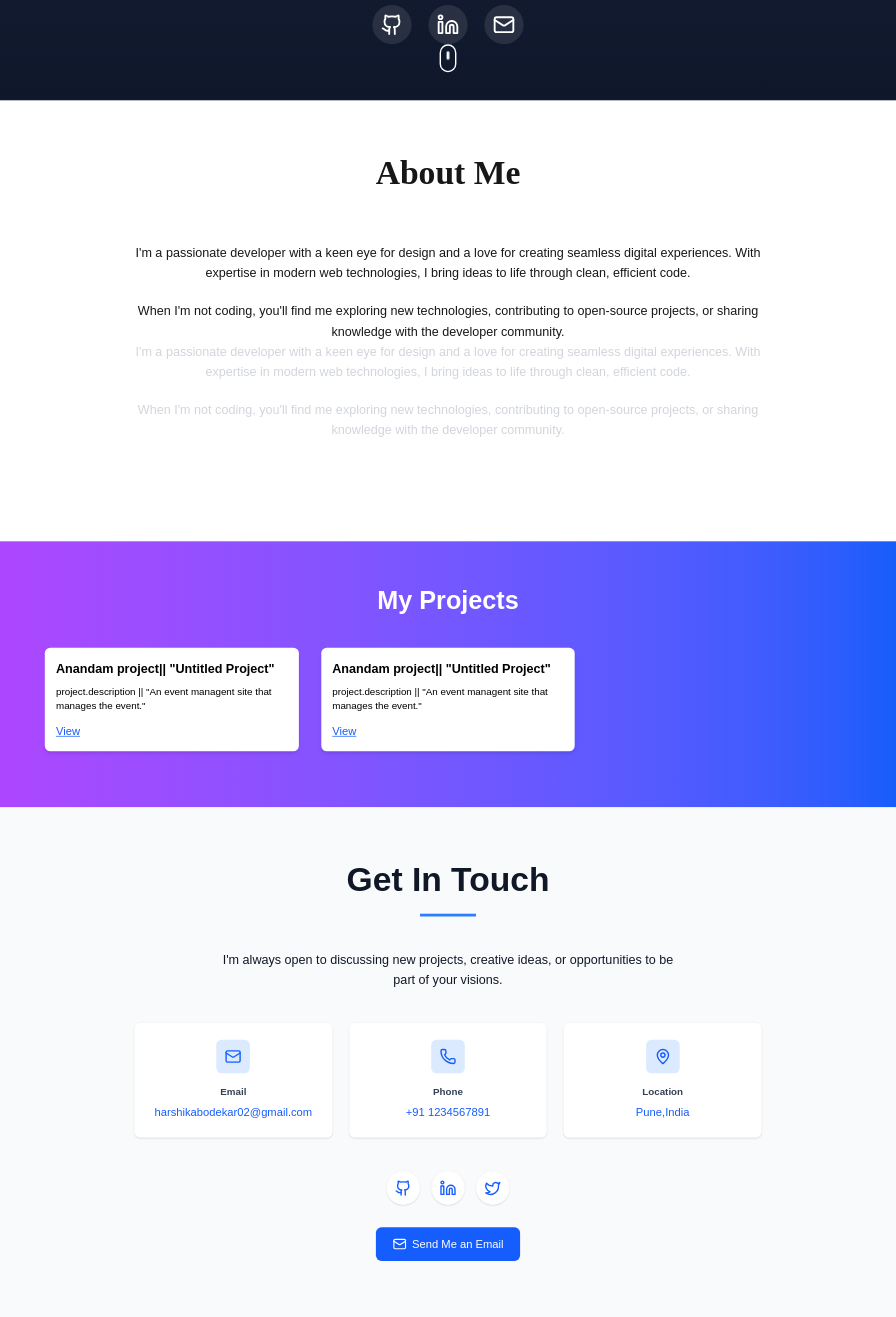
Repository: harshikabodekar/portfolio_awp
Page: /
An editor plug-in stored every save of this project. The page is shown before and after the next save, followed by the edit.
The browser window is 1280 px wide. The pictures show the part of the page from y = 706 to 2626 px (the page is 2587 px tall before and 2626 px after), at 70% of full size.
The project was rebuilt for these pictures with package versions that can differ from the ones it lists, and the page was loaded fresh each time. The framework's server and built-in components were replaced by stand-ins that run in the browser. Also part of the build but not shown: next.config.mjs.

Above is the page before, as saved 2025-10-15 20:20:28.

### src/app/layout.js
import "./globals.css";

export const metadata = {
  title: "AWP Portfolio",
  description: "Personal portfolio",
};

export default function RootLayout({ children }) {
  return (
    <html lang="en">
      <body className="antialiased">
        {children}
      </body>
    </html>
  );
}

### src/app/page.js
//import Image from "next/image";
import Navbar from "./components/Navbar";
import React from "react";
import Projects from "./components/Project";
import About from "./components/About";
import Contact from "./components/Contact";
import Hero from "./components/Hero";
import ProjectCard from "./components/ProjectCard";

export default function Home() {
  return (
    <div className="font-sans">
      <Navbar />
      <main className="w-full">
        <Hero />
        <About />
        <Projects />
        <Contact />
      </main>
    </div>
  );
}

### src/app/components/Navbar.js
import React from 'react';

const Navbar = () => {
  return (
    <nav className="bg-gray-900 text-white py-4 px-6 fixed w-full top-0 left-0 z-50 shadow-lg">
      <div className="container mx-auto flex justify-between items-center">
        <h1 className="text-4xl font-bold">My Portfolio</h1>
        <ul className="flex space-x-12 text-2xl">
          <li><a href="#home" className="hover:text-blue-400 transition-colors">Home</a></li>
          <li><a href="#about" className="hover:text-blue-400 transition-colors">About</a></li>
          <li><a href="#skills" className="hover:text-blue-400 transition-colors">Skills</a></li>
          <li><a href="#projects" className="hover:text-blue-400 transition-colors">Projects</a></li>
          <li><a href="#contact" className="hover:text-blue-400 transition-colors">Contact</a></li>
        </ul>
      </div>
    </nav>
  );
};

export default Navbar;

### src/app/components/Project.js
import React from 'react';
import ProjectCard from './ProjectCard';
import { projectsData } from '../data/projects';

const Projects = () => {
  return (
    <section id="projects" className="py-20 px-6 bg-gradient-to-r from-purple-500 to-blue-600 text-white pt-16">
      <div className="container mx-auto max-w-6xl">
        <h2 className="text-4xl font-bold text-center text-white mb-12">My Projects</h2>

        <div className="grid md:grid-cols-2 lg:grid-cols-3 gap-8">
          {projectsData.map((project) => (
            <ProjectCard key={project.id} project={project} />
          ))}
        </div>
      </div>
    </section>
  );
};

export default Projects;

### src/app/components/About.js
import React from 'react';

const About = () => {
  return (
    <section id="about" className="py-20 bg-gradient-subtle">
      <div className="container mx-auto px-4">
        <div className="max-w-4xl mx-auto">
          <h2 className="text-4xl md:text-5xl font-bold mb-6 text-center font-['Space_Grotesk']">
            About Me
          </h2>
          <div className="w-20 h-1 bg-gradient-accent mx-auto mb-12"></div>

          <div className="mb-16 text-center">
            <p className="text-lg text-muted-foreground leading-relaxed mb-6">
              I'm a passionate developer with a keen eye for design and a love for creating
              seamless digital experiences. With expertise in modern web technologies, I bring
              ideas to life through clean, efficient code.
            </p>
            <p className="text-lg text-muted-foreground leading-relaxed">
              When I'm not coding, you'll find me exploring new technologies, contributing to
              open-source projects, or sharing knowledge with the developer community.
            </p>

            <p className="text-lg text-gray-300 leading-relaxed mb-6">
              I'm a passionate developer with a keen eye for design and a love for creating
              seamless digital experiences. With expertise in modern web technologies, I bring
              ideas to life through clean, efficient code.
            </p>
            <p className="text-lg text-gray-300 leading-relaxed">
              When I'm not coding, you'll find me exploring new technologies, contributing to
              open-source projects, or sharing knowledge with the developer community.
            </p>
          </div>

          </div>
      </div>
    </section>
  );
};

export default About;

### src/app/components/Contact.js
"use client";
import { Mail, Phone, MapPin, Github, Linkedin, Twitter } from 'lucide-react';

const Contact = () => {
  const contactInfo = [
    { icon: Mail, label: 'Email', value: 'harshikabodekar02@gmail.com', href: 'mailto:your.email@example.com' },
    { icon: Phone, label: 'Phone', value: '+91 1234567891', href: 'tel:+911234567891' },
    { icon: MapPin, label: 'Location', value: 'Pune,India', href: '#' },
  ];

  const socialLinks = [
    { icon: Github, label: 'GitHub', href: 'https://github.com/harshikabodekar' },
    { icon: Linkedin, label: 'LinkedIn', href: 'https://linkedin.com' },
    { icon: Twitter, label: 'Twitter', href: 'https://twitter.com' },
  ];

  return (
    <section id="contact" className="py-20 bg-gray-50 text-gray-900">
      <div className="container mx-auto px-4">
        <div className="max-w-4xl mx-auto">
          <h2 className="text-4xl md:text-5xl font-bold mb-6 text-center">Get In Touch</h2>
          <div className="w-20 h-1 bg-blue-500 mx-auto mb-12"></div>

          <p className="text-center text-lg mb-12 max-w-2xl mx-auto">
            I'm always open to discussing new projects, creative ideas, or opportunities to be part of your visions.
          </p>

          <div className="grid md:grid-cols-3 gap-6 mb-12">
            {contactInfo.map((info, index) => {
              const IconComponent = info.icon;
              return (
                <div key={index} className="bg-white p-6 rounded-lg shadow text-center hover:shadow-lg transition-shadow">
                  <div className="inline-flex p-3 bg-blue-100 rounded-lg mb-4">
                    <IconComponent className="w-6 h-6 text-blue-600" />
                  </div>
                  <h3 className="text-sm font-semibold mb-2 text-gray-700">{info.label}</h3>
                  <a href={info.href} className="text-blue-600 hover:text-blue-800 transition-colors">{info.value}</a>
                </div>
              );
            })}
          </div>

          <div className="text-center">
            <div className="flex justify-center gap-4 mb-8">
              {socialLinks.map((social, i) => {
                const SocialIcon = social.icon;
                return (
                  <a
                    key={i}
                    href={social.href}
                    target="_blank"
                    rel="noreferrer"
                    className="p-3 bg-white rounded-full shadow hover:shadow-lg transition-all hover:bg-blue-600 hover:text-white group"
                    aria-label={social.label}
                  >
                    <SocialIcon className="w-6 h-6 text-blue-600 group-hover:text-white transition-colors" />
                  </a>
                );
              })}
            </div>

            <div className="text-center">
              <a href="mailto:your.email@example.com" className="inline-flex items-center gap-2 px-6 py-3 bg-blue-600 text-white rounded-lg hover:bg-blue-700 transition-colors">
                <Mail className="w-5 h-5" />
                Send Me an Email
              </a>
            </div>
          </div>
        </div>
      </div>
    </section>
  );
};

export default Contact;

### src/app/components/Hero.js
"use client";
import React from 'react';
import { Github, Linkedin, Mail } from 'lucide-react';

const Hero = () => {
  return (
    <section id="home" className="relative w-full min-h-screen flex items-center justify-center bg-gradient-to-b from-slate-800 to-slate-900 text-white pt-20">
      <div className="w-full px-4 sm:px-6 lg:px-8 py-12 sm:py-16 md:py-20 relative z-10">
        <div className="max-w-6xl mx-auto text-center">
          <div className="mb-6 sm:mb-8 flex justify-center">
            <div className="w-32 h-32 sm:w-40 sm:h-40 md:w-48 md:h-48 rounded-full bg-gray-300 dark:bg-gray-600 border-4 border-white flex items-center justify-center text-xl sm:text-2xl font-bold text-gray-800">HB</div>
          </div>



          <h1 className="text-4xl sm:text-4xl md:text-5xl lg:text-6xl xl:text-7xl font-bold mb-4 sm:mb-6 bg-gradient-to-r from-white to-blue-400 bg-clip-text text-transparent px-4">
            Harshika Bodekar
          </h1>

          <p className="text-base sm:text-lg md:text-xl lg:text-3xl text-gray-300 mb-6 sm:mb-8 font-light px-4">
            Computer Science Student | Frontend Developer
          </p>

          <p className="text-sm sm:text-base md:text-2xl text-gray-400 mb-8 sm:mb-12 max-w-2xl mx-auto leading-relaxed px-4">
            Crafting elegant digital experiences with modern technologies.
            Passionate about clean code, intuitive design, and building products that make a difference.
          </p>

          {/* <div className="flex flex-col sm:flex-row flex-wrap gap-4 justify-center mb-8 sm:mb-12 px-4">
            <button onClick={() => {}} className="px-6 py-3 bg-white text-slate-900 rounded-full font-medium hover:bg-gray-100 transition-colors w-full sm:w-auto">View My Work</button>
            <button onClick={() => {}} className="px-6 py-3 border-2 border-white text-white rounded-full hover:bg-white hover:text-slate-900 transition-colors w-full sm:w-auto">Get In Touch</button>
          </div> */}

          <div className="flex flex-wrap gap-4 sm:gap-6 justify-center px-4">
            <a
              href="https://github.com/harshikabodekar"
              target="_blank"
              rel="noopener noreferrer"
              className="p-3 bg-white/10 rounded-full hover:bg-white/20 transition-all group"
              aria-label="GitHub"
            >
              <Github className="w-6 h-6 sm:w-8 sm:h-8 text-white group-hover:text-blue-400 transition-colors" />
            </a>
            <a
              href="https://linkedin.com/in/harshikabodekar"
              target="_blank"
              rel="noopener noreferrer"
              className="p-3 bg-white/10 rounded-full hover:bg-white/20 transition-all group"
              aria-label="LinkedIn"
            >
              <Linkedin className="w-6 h-6 sm:w-8 sm:h-8 text-white group-hover:text-blue-400 transition-colors" />
            </a>
            <a
              href="mailto:harshikabodekar02@gmail.com"
              className="p-3 bg-white/10 rounded-full hover:bg-white/20 transition-all group"
              aria-label="Email"
            >
              <Mail className="w-6 h-6 sm:w-8 sm:h-8 text-white group-hover:text-blue-400 transition-colors" />
            </a>
          </div>
        </div>
      </div>

      <div className="hidden sm:block absolute bottom-10 left-1/2 -translate-x-1/2">
        <div className="w-6 h-10 border-2 border-white rounded-full flex justify-center">
          <div className="w-1 h-3 bg-white rounded-full mt-2 animate-pulse"></div>
        </div>
      </div>
    </section>
  );
};

export default Hero;

### src/app/components/ProjectCard.js
import React from 'react';

export default function ProjectCard({ project = {} }) {
  return (
    <article className="bg-white text-black rounded-lg p-4 shadow-md">
      <h3 className="font-semibold text-lg mb-2">Anandam project|| "Untitled Project"</h3>
      <p className="text-sm mb-4">project.description || "An event managent site that manages the event."</p>
      {project.link && (
        <a
          className="text-blue-600 underline"
          href={project.link}
          target="_blank"
          rel="noreferrer"
        >
          View
        </a>
      )}
    </article>
  );
}

### src/app/data/projects.js
export const projectsData = [
  {
    id: '1',
    title: 'Sample Project One',
    description: 'A short description of project one.',
    link: 'https://example.com',
  },
  {
    id: '2',
    title: 'Sample Project Two',
    description: 'A short description of project two.',
    link: 'https://example.com',
  },
];

Loaded but not shown: src/app/globals.css (common file)

After the next save:
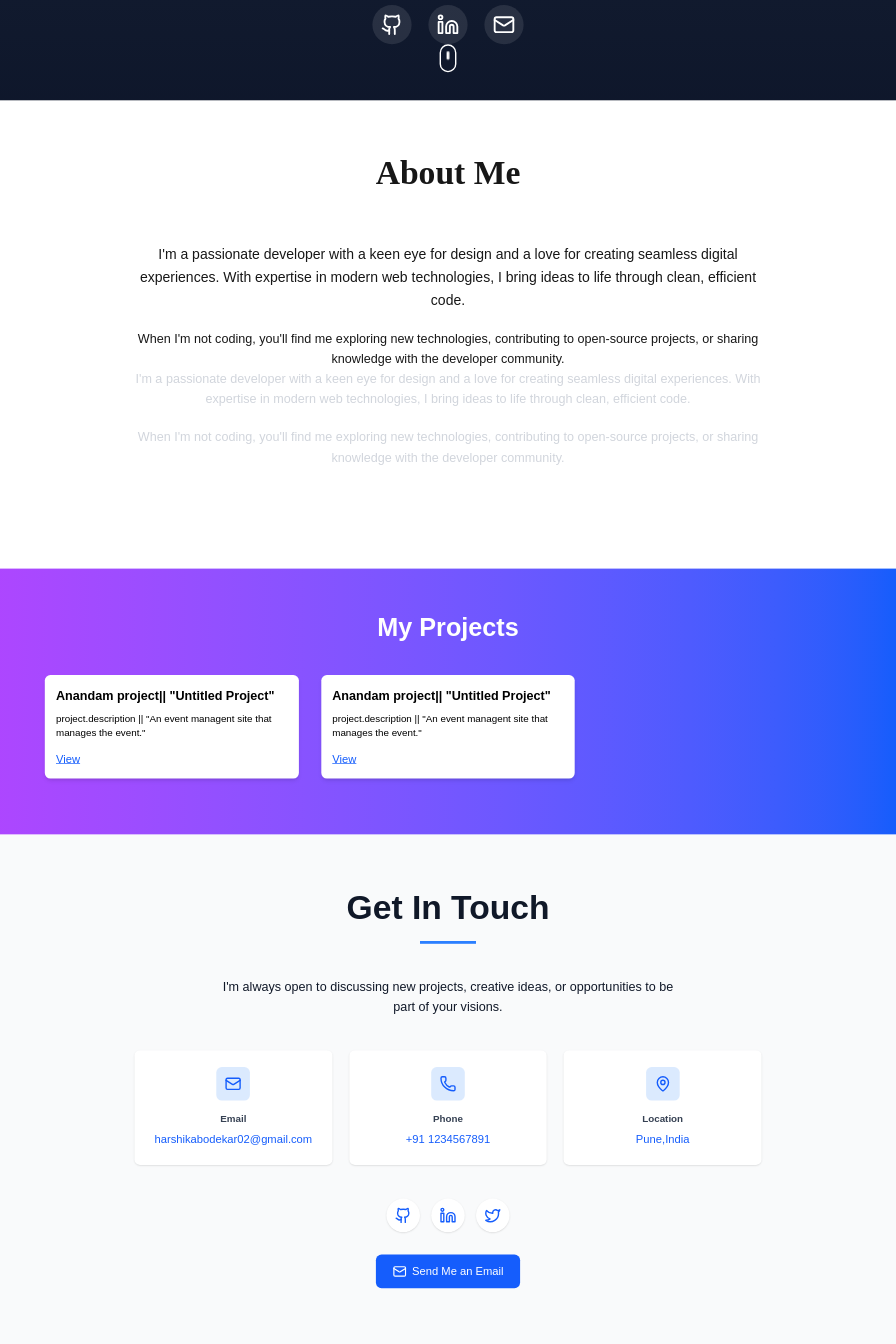
Saved 25 s later.
--- a/src/app/components/About.js
+++ b/src/app/components/About.js
@@ -11,7 +11,7 @@ const About = () => {
           <div className="w-20 h-1 bg-gradient-accent mx-auto mb-12"></div>
 
           <div className="mb-16 text-center">
-            <p className="text-lg text-muted-foreground leading-relaxed mb-6">
+            <p className="text-xl text-muted-foreground leading-relaxed mb-6">
               I'm a passionate developer with a keen eye for design and a love for creating
               seamless digital experiences. With expertise in modern web technologies, I bring
               ideas to life through clean, efficient code.
